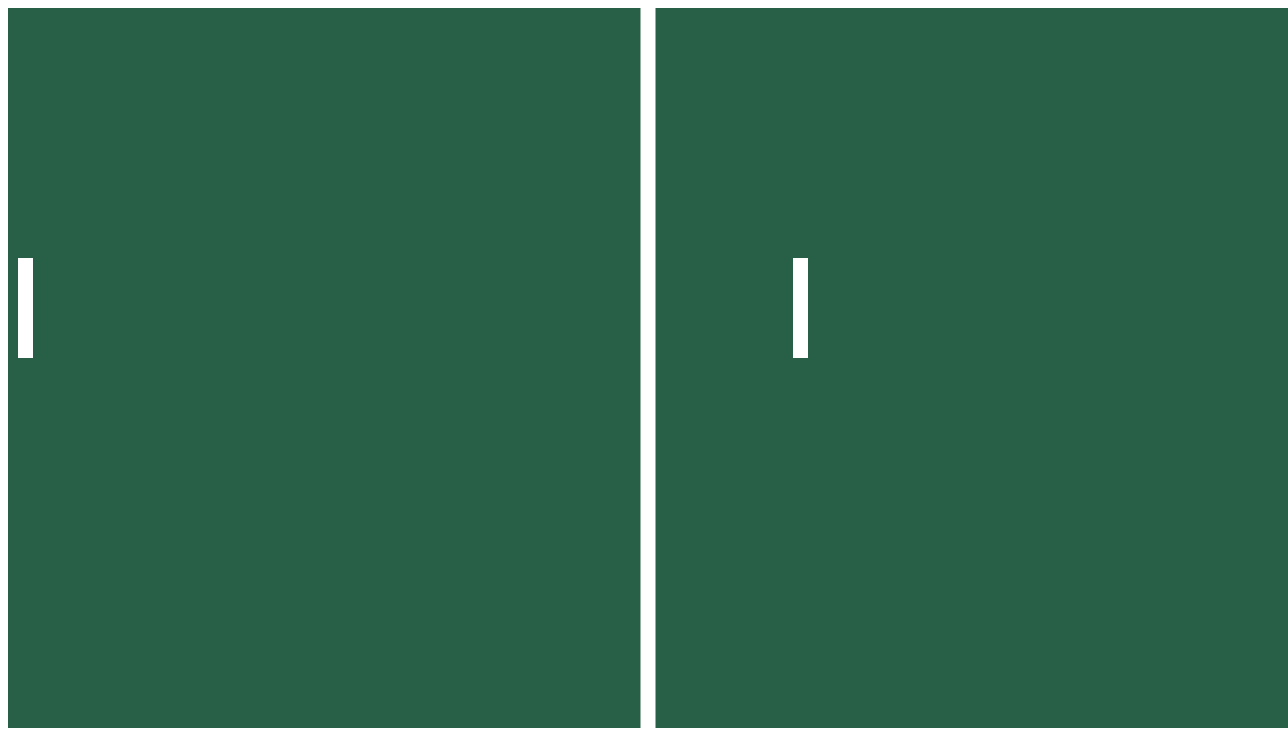
Repository: luizgaivaa/Game
Page: index.html
An editor plug-in stored every save of this project. The page is shown before and after the next save, followed by the edit.
The browser window is 1280 px wide. The page is 1288 px wide, so the pictures cover 1288 px, including what lies to the right of the window. The pictures show the whole page.

Above is the page before, as saved 2024-03-26 16:13:39.

After the next save:
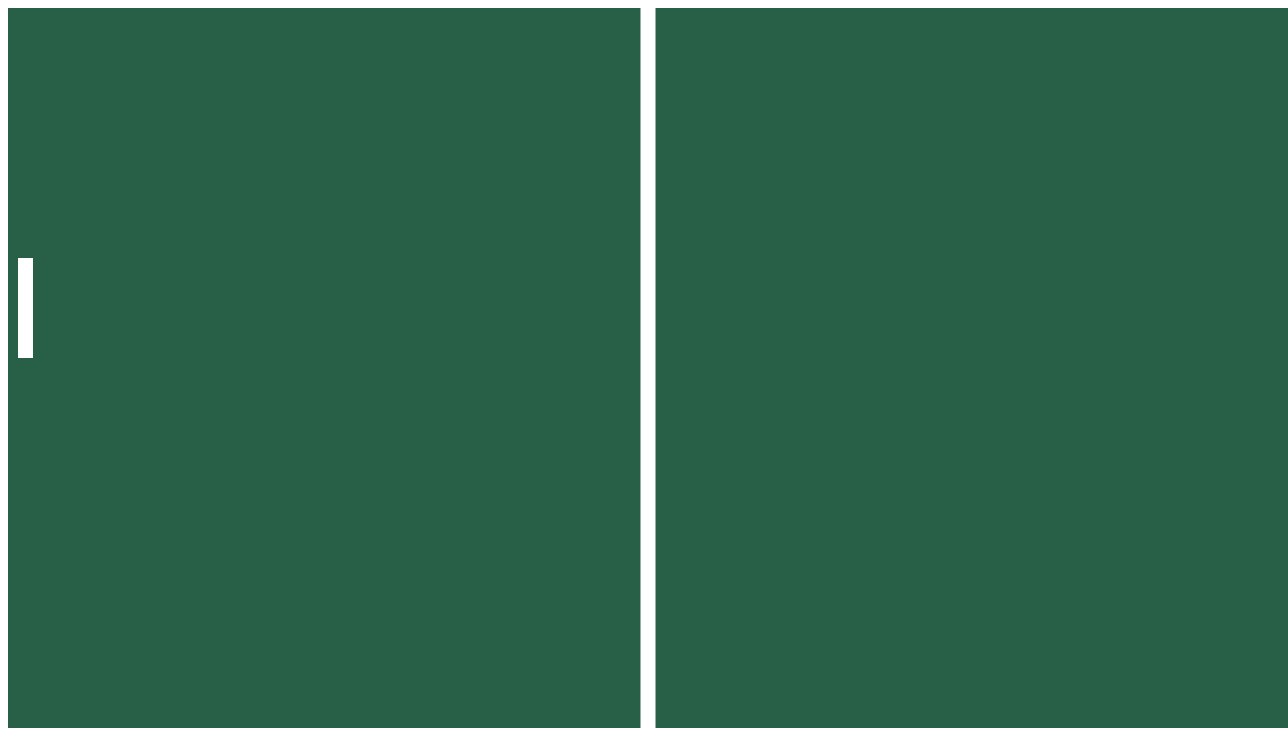
Saved 4 s later.
--- a/index.html
+++ b/index.html
@@ -32,7 +32,7 @@
             canvasCtx.fillRect(10,250,lineWidth,100)
 
             //raquete direita
-            canvasCtx.fillRect(window.innerHeight - lineWidth + 80, 250, lineWidth, 100)
+            canvasCtx.fillRect(window.innerHeight - lineWidth + 800, 250, lineWidth, 100)
 
 
 
